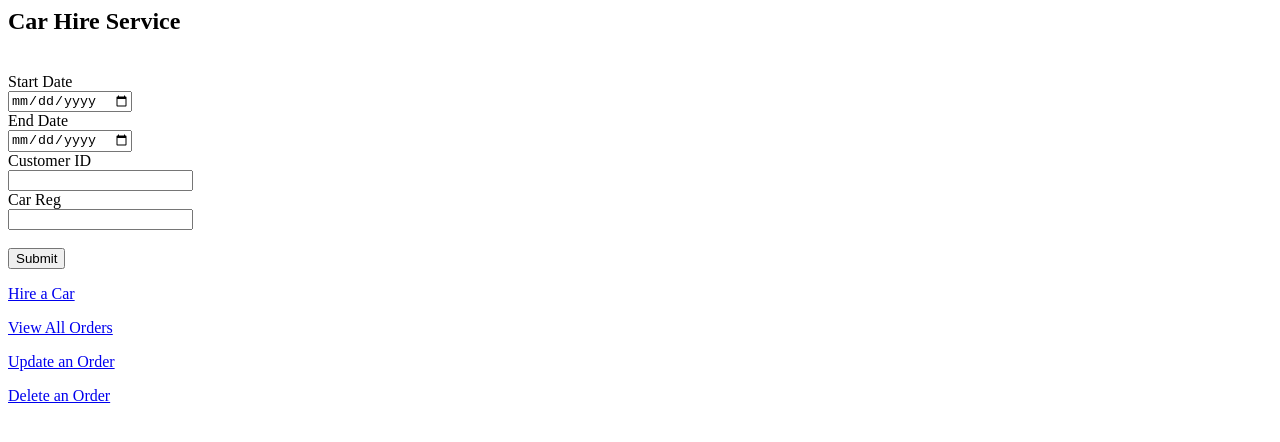
Repository: BrianD147/4th-Year-Project-Distributed-Systems
Page: http://localhost/REST/
The author's editor kept a copy of each file at every save. The page is drawn from the files as they stood at one save, then again after the next save.
The browser window is 1280 px wide. The pictures show the whole page.
The page is served by Tomcat 9.

Above is the page before, as saved 2018-12-09 13:34:56.

After the next save:
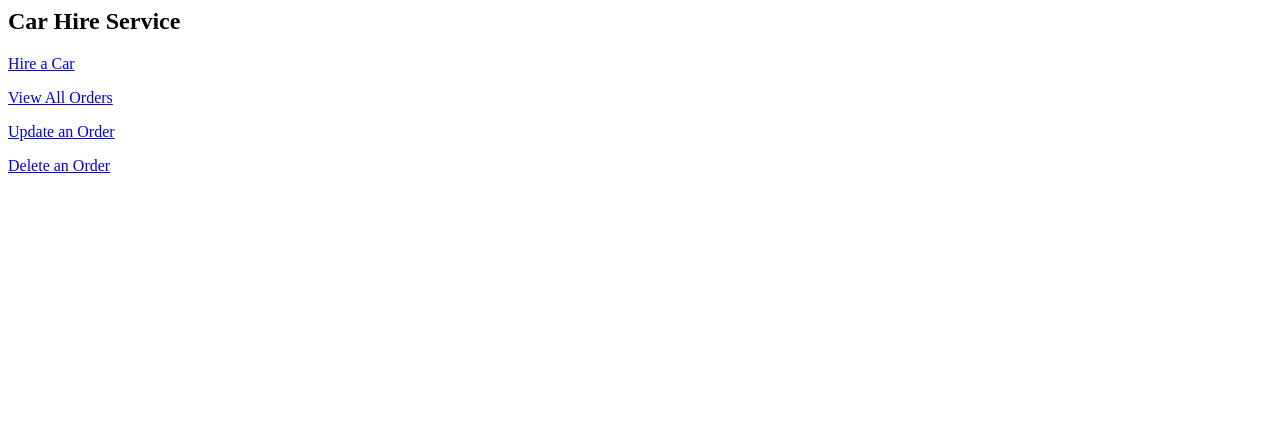
Saved 14 s later.
--- a/REST/src/main/webapp/index.jsp
+++ b/REST/src/main/webapp/index.jsp
@@ -1,19 +1,6 @@
 <html>
 <body>
     <h2>Car Hire Service</h2>
-    <form action="NewOrder" method="post">
-    	<br/> Start Date <br/>
-    	<input type="date" name="startDate">
-    	<br/> End Date <br/>
-	    <input type="date" name="endDate">
-	    <br/> Customer ID <br/>
-	    <input type="number" name="custID">
-	    <br/> Car Reg <br/>
-	    <input type="text" name="carReg">
-	    <br/><br/>
-	    <input type="submit" value="Submit">
-    </form>
-
     <p><a href="webapi/myresource/write">Hire a Car</a>
     <p><a href="webapi/myresource/read">View All Orders</a>
     <p><a href="webapi/myresource/update">Update an Order</a>
